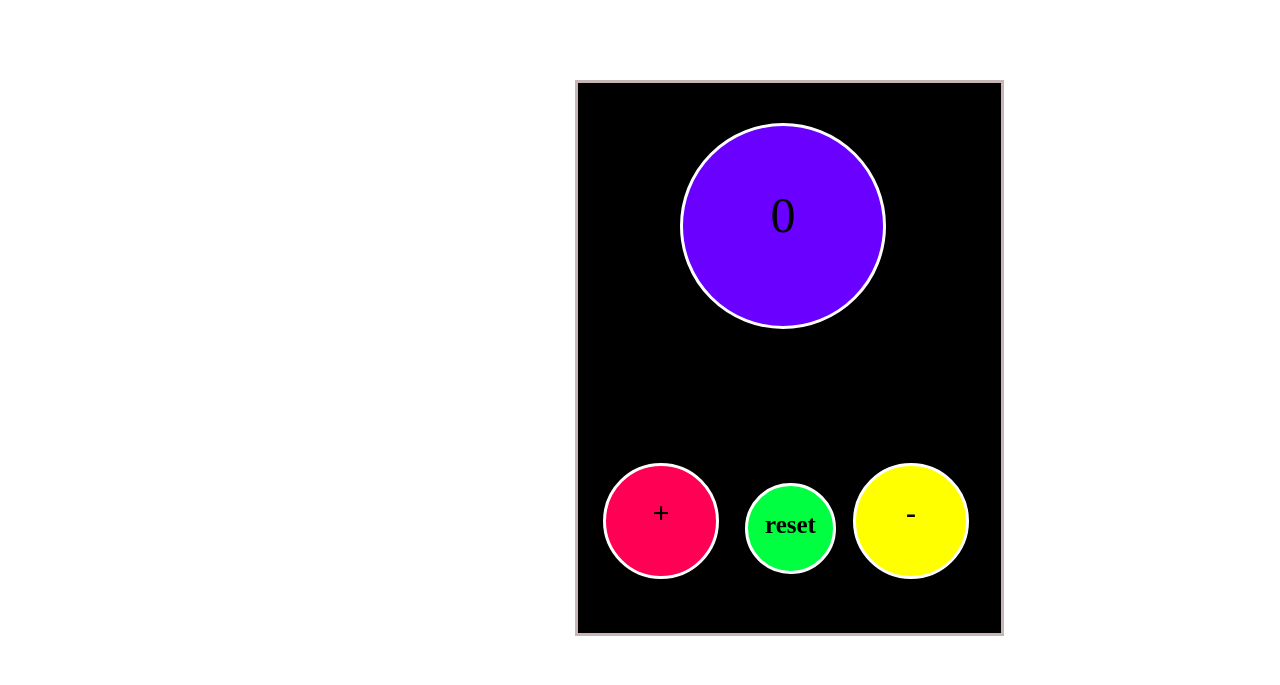
Repository: sara55m/Counter_App
Page: index.html
The author's editor kept a copy of each file at every save. The page is drawn from the files as they stood at one save, then again after the next save.
The browser window is 1280 px wide. The pictures show the whole page.

Above is the page before, as saved 2024-07-31 18:00:43.

After the next save:
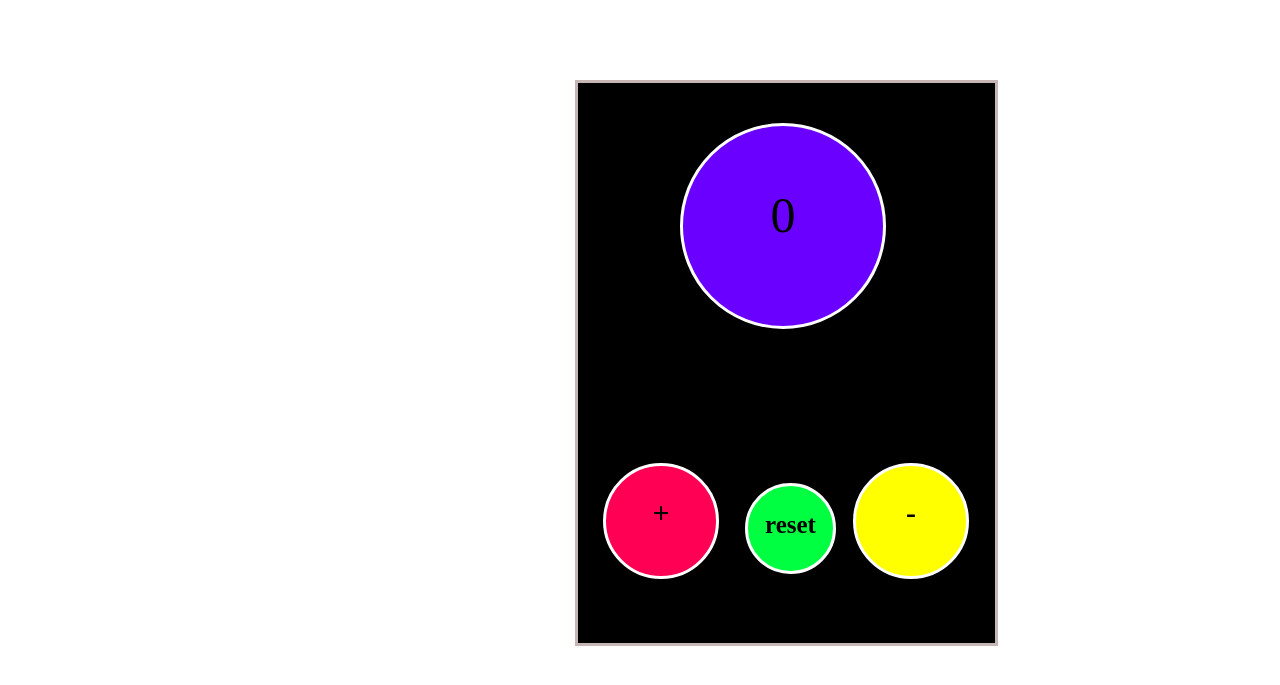
Saved 106 s later.
--- a/css/style.css
+++ b/css/style.css
@@ -2,8 +2,8 @@
     position: absolute;
     top:80px;
     left:575px;
-    height:550px;
-    width:423px;
+    height:560px;
+    width:417px;
     background-color: black;
     border:3px solid #c7b6b6;
 }
